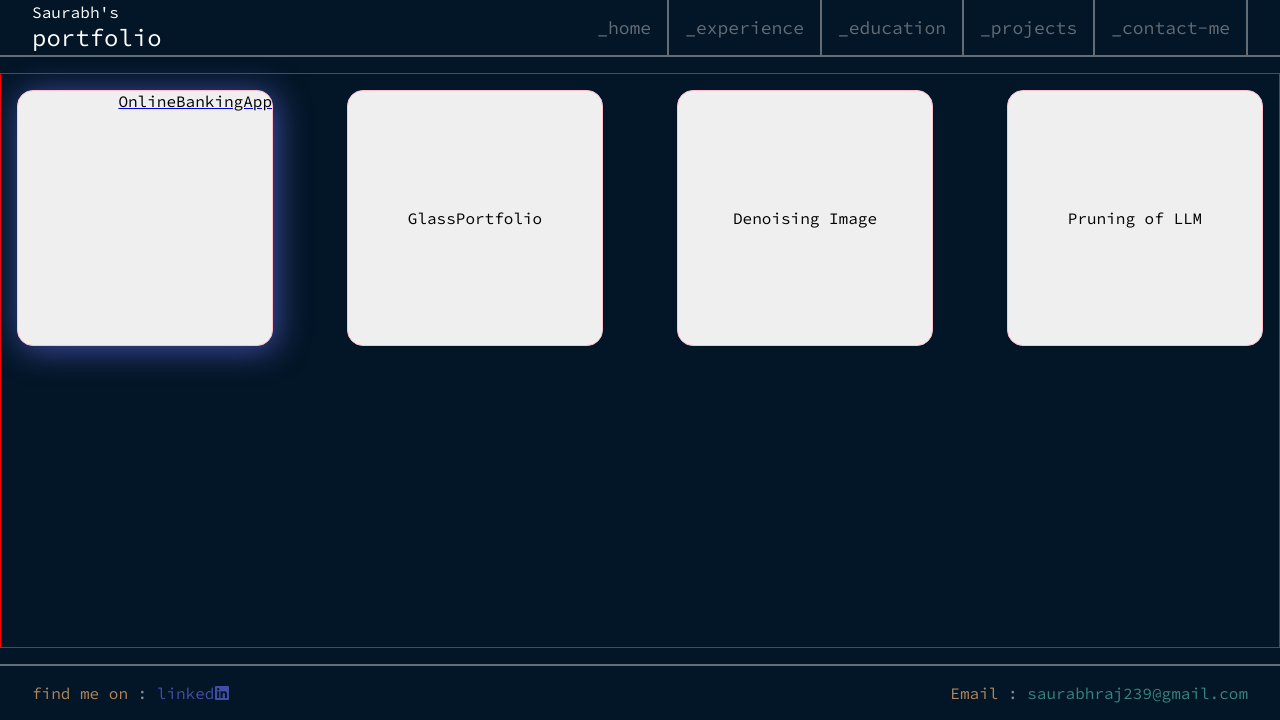
Repository: saurabhraj23/FrontendReactPortfolio
Page: /projects
An editor plug-in stored every save of this project. The page is shown before and after the next save, followed by the edit.
The browser window is 1280 px wide. The pictures show the whole page.
The pointer rests on the first visible `.project-item`.
The project was rebuilt for these pictures with package versions that can differ from the ones it lists, and the page was loaded fresh each time. Also part of the build but not shown: vite.config.js, src/components/Education.jsx, src/components/Experience.jsx, src/components/Contacts.jsx, src/styles/default-page.css, src/components/DefaultPage.jsx.

Above is the page before, as saved 2024-07-23 00:10:57.

### src/App.jsx
import React from "react";
import { BrowserRouter as Router, Route, Routes } from "react-router-dom";
import "./styles/App.css";
import Home from "./components/Home";
import Education from "./components/Education";
import Experience from "./components/Experience";
import Contacts from "./components/Contacts";
import Projects from "./components/Projects";
import Heading from "./components/Heading";
import Footer from "./components/Footer";
import DefaultPage from "./components/DefaultPage";

function App() {
  return (
    <div className="main">
      <Router>
        <Heading />
        <Routes>
          <Route path="/" element={<Home />}>
            <Route path="/" element={<DefaultPage />} />
            <Route path="/education" element={<Education />} />
            <Route path="/experience" element={<Experience />} />
            <Route path="/contacts" element={<Contacts />} />
            <Route path="/projects" element={<Projects />} />
          </Route>
        </Routes>
        <Footer />
      </Router>
    </div>
  );
}

export default App;

### src/styles/App.css
@import "./color.css";
@import "./experience.css";
@import "./education.css";
@import "./project.css";
@import "./header.css";
@import "./contact-me.css";
@import "./footer.css";
@import "./default-page.css";


*{
  margin:0;
  padding: 0;
  box-sizing: border-box;
  font-family: "Source Code Pro";
  font-weight: 400;
}

.main{
  background-color: var(--bg-color);
  color: var(--primary-white);
  height: 100vh;
  width: 100%;
  display: grid;
  grid-template-rows: 1fr 8fr 1fr;
  grid-template-columns: 4fr 3fr;
padding: 0;
}

### src/components/Home.jsx
import React from "react";
import { Outlet } from "react-router-dom";

function Home() {
  return (
    <>
      <Outlet />
    </>
  );
}

export default Home;

### src/components/Projects.jsx
import React from "react";
import "../styles/App.css";
import { Link } from "react-router-dom";

function Projects() {
  return (
    <>
      <div className="projects-left-side"></div>
      <div className="projects-right-side">
        <Link to={"https://github.com/saurabhraj23/OnlineBankingAppKPMG"}>
          <button className="project-item">OnlineBankingApp</button>
        </Link>
        <Link to={"https://github.com/saurabhraj23/Glass-Portfolio"}>
          <button className="project-item">GlassPortfolio</button>
        </Link>
        <Link to={"https://github.com/saurabhraj23/Denoising-Image"}>
          <button className="project-item">Denoising Image</button>
        </Link>
        <Link to={"https://github.com/saurabhraj23/Pruning"}>
          <button className="project-item">Pruning of LLM</button>
        </Link>
      </div>
    </>
  );
}

export default Projects;

### src/components/Heading.jsx
import React from "react";
import Navbar from "./Navbar";
function Heading() {
  return (
    <header className={"heading"}>
      <h2>
        <h6>Saurabh's</h6>
        portfolio
      </h2>
      <Navbar />
    </header>
  );
}

export default Heading;

### src/components/Footer.jsx
import React from "react";
import { Link } from "react-router-dom";
import { FaLinkedin } from "react-icons/fa";

function Footer() {
  return (
    <footer className="footer">
      <div>
        <span>find me on</span> <span>&nbsp;:</span>
        <Link to={"https://www.linkedin.com/in/saurabhraj239/"}>
          <span>
            &nbsp;linked
            <FaLinkedin />
          </span>
        </Link>
      </div>
      <div>
        <span>Email</span> <span> :</span>
        <span> saurabhraj239@gmail.com</span>
      </div>
    </footer>
  );
}

export default Footer;

### src/styles/color.css
@import url('https://fonts.googleapis.com/css2?family=Source+Code+Pro:ital,wght@0,200..900;1,200..900&display=swap');

:root {
--bg-color:#031627;
--primary-white:#fff;
--primary-dark:#d3d0d076;
--secondary-blue:#424ea6;
--tertiary-green:#37857e;
--tertiary-green-dark:#77E4C8;
--tertiary-brown-light:#D4BDAC;
--tertiary-orange:#b0855a;

}

### src/styles/experience.css
@import "./color.css";

.experience-left-side{
  display: none;
}
.experience-right-side{
  margin: 2rem;
  grid-column: 1/3;

}
.experience-right-side > div:first-child{
  display: flex;
  justify-content: space-between;
}
.experience-right-side>div:first-child>span:nth-child(2) span{
display: inline-block;
}
.experience-right-side>div:first-child>span:nth-child(2)>span:nth-child(2){
  animation: present 2s infinite alternate ease-in-out;

}

@keyframes present {
  from{

    opacity: 0;
  }
  to{

    opacity: 1;
  }
}

.experience-right-side>div:first-child>span:first-child{
  font-size: 1.4rem;
  color: var(--secondary-blue);
  font-weight: 600;
  margin-bottom: 3rem;
  text-decoration: underline;
}

.experience-right-side span{
  display: block;
}

.internship-details{
  display: flex;
  flex-direction: column;
}
.internship-details>span:first-child{
  font-size: 1.2rem;
  color: var(--tertiary-green);
  font-weight: 600;
  letter-spacing: 0.2rem;
  margin-bottom:1rem ;


}
.internship-details>span:nth-child(2){
  /* letter-spacing: 0.1rem; */
  color: var(--tertiary-brown-light);

}

.internship-details>span:nth-child(2)>span:first-child{
  font-size: 1.1rem;
  font-weight: 500;
  color: var(--tertiary-orange);

}


.internship-details>span:first-child span{
  display: inline-block;

}

.internship-details>span:nth-child(2)>span:first-child{
  letter-spacing: 0.2rem;
}

.internship-details>span:first-child>span:first-child{
  animation: arrowMove 1.6s infinite alternate ease-in-out;
  }

.fte-details{
  display: flex;
  flex-direction: column;
  margin-top: 2rem;

}
.fte-details>span:first-child{
  font-size: 1.2rem;
  color: var(--tertiary-green);
  font-weight: 600;
  letter-spacing: 0.2rem;
  margin-bottom: 1rem;

}

.fte-details>span:nth-child(2){
  color: var(--tertiary-brown-light);
}

.fte-details>span:nth-child(2)>span:nth-child(1)>span:first-child{
  color: var(--tertiary-orange);
  font-size: 1.1rem;
  font-weight: 500;
  }

.fte-details>span:nth-child(2)>span:nth-child(2)>span:first-child{
  letter-spacing: 0.2rem;
}
.fte-details>span:nth-child(2)>span:nth-child(1)>span:first-child{
  letter-spacing: 0.2rem;
}

.fte-details>span:nth-child(2)>span:nth-child(2){
  margin-top: 1rem;
}
.fte-details>span:nth-child(2)>span:nth-child(2)>span:first-child{
font-size: 1.1rem;
font-weight: 500;
color: var(--tertiary-orange);
}

.fte-details>span:first-child span{
  display: inline-block;
}

.fte-details>span:first-child>span:first-child{
animation: arrowMove 1.6s infinite alternate ease-in-out;
}

@keyframes arrowMove {
  from{
    transform: translateX(-0.6rem);
  }
  to{
    transform: translateX(0);
  }
}

.current-working  span{
  display: inline-block;
  animation: colorChange 2s infinite alternate ease-in-out ;

}

@keyframes colorChange {
  from{
color: var(--tertiary-brown-light);
  }

  to{
    color: var(--primary-white);

  }
}
.current-working{
  display: flex;
  flex-direction: row;
}

### src/styles/education.css
 @import "./color.css";

.education-left-side{
  display: none;
}
.education-right-side{
  margin: 2rem ;
  grid-column: 1/3;

}

.education-right-side{
  display: flex;
  flex-direction: column;
}

.degrees{
  display: flex;
  justify-content: space-between;
  margin-bottom: 2rem;
}

.degrees>span:first-child>h2{
  color: var(--tertiary-orange);
}
.degrees>span:first-child>h4{
  color: var(--tertiary-green);
}
.degrees>span:first-child>h5{
  color: var(--tertiary-brown-light);
  font-weight: 600;
}

.degrees>span:first-child>h3{
  display: flex;
  flex-direction: row;
}

.degrees>span:first-child>h3>span:nth-child(2){
  color: var(--tertiary-green-dark);
  animation: passed 2s infinite alternate ease-in-out;
}

@keyframes passed {
  from{
opacity: 0;
  }
  to{
opacity: 1;
  }
}
.degrees span:first-child {
  display: flex;
  flex-direction: column;
  gap: 0.6rem;
}
.degree-year{
  color: var(--tertiary-orange);
}

### src/styles/project.css
.projects-left-side{
  border: 1px solid red;
  display: none;
}
.projects-right-side{
  border: 1px solid red;
  grid-column: 1/3;
  display: flex;
  justify-content: space-between;
  padding:1rem ;
}

.project-item{
  border: 1px solid pink;
width: 20vw;
height: 20vw;
box-sizing: border-box;
font-size: 1rem;
border-radius:1rem ;

}

.project-item:hover{
cursor: pointer;
box-shadow: 0.2rem 0.2rem 2rem 0 var(--secondary-blue);
display: flex;
justify-content: end;
}

### src/styles/header.css
.heading{
  grid-column: 1/3;
  display: flex;
  justify-content: space-between;
  align-items: center;
  border-bottom: 0.16rem solid var(--primary-dark);
  padding:0 2rem;
  margin-bottom: 1rem;
  }

  nav button{
    padding: 1rem;
    background-color: transparent;
    cursor: pointer;
    font-size: large;
    color: var(--primary-dark);
    border: none;
    border-right: 0.16rem solid var(--primary-dark);
  }

  nav button:hover{
    color: var(--primary-white);
    box-shadow: inset 0 -0.16rem 0 0 var(--tertiary-green);

  }

  .active{
    /* box-shadow: inset 0 -0.16rem 0 0 var(--tertiary-green); */
    color: var(--tertiary-green);
  }

### src/styles/contact-me.css
@import "../styles/color.css";

.contact-me-left-side{
  display: none;
}

.contact-me-right-side{
  grid-column: 1/3;
  display: grid;
  grid-template-columns: 2fr 1.1fr;
padding:  0 2rem;
}

.contact-me-left{
  /* border: 1px solid green; */
  padding: 1rem 2rem;
display: flex;
flex-direction: column;
gap: 0.7rem;

}

.contact-me-right{
  background-color: var(--primary-white);
  border-radius: 3%;
  padding: 1rem 2rem;
  color: var(--tertiary-green);
}

.image{
display: flex;
flex-direction: column;
align-items: center;
justify-content: center;
position: relative;
}

.image>img{
  width: 40%;
  object-fit: contain;
  border-radius: 50%;
  position: relative;
  z-index: 10;
}

.contact-me-left>span:first-child {
  font-size: 2.2rem;
  letter-spacing: 0.4rem;
  font-weight: 500;
}
.contact-me-left>span:first-child span{
  font-size: 2rem;
  letter-spacing: 0.4rem;
  color: var(--tertiary-green-dark);
  font-weight: 500;

}

.contact-me-left span{
  font-size: 1rem;
}
.contact-me-left a{
  text-decoration: none;
}
.contact-me-left a:visited{
color: var(--primary-white);
}

.circle{
  /* border: 1px solid red; */
  width: 44%;
  padding-top: 44%;
  border-radius: 50%;
  position: absolute;
  background-color: var(--tertiary-green);
  /* transform: translateX(-4rem); */
  z-index: 8;
  animation: round 4s infinite alternate ease-in-out;
}

@keyframes round {
  from{
background-color: val(--bg-color);
transform: scale(0);
  }
  50%{
    background-color: val(--secondary-blue);
    transform: scale(0.9);
  }
  to{
    background-color: val(--tertiary-green);
    transform: scale(1);
  }
}

.contact-details>span:first-child{
color: var(--tertiary-green-dark);
}

form{
display: flex;
flex-direction: column;
font-size: larger;
letter-spacing: 0.1rem;


}
.contact-me-form-heading{
text-align: center;
font-size: 2rem;
  width: 100%;

padding: 0.6rem;
border-radius: 0.4rem;
letter-spacing: 0.2rem;
box-shadow: 0 0.12rem 0 0.2rem var(--tertiary-green);

}


.contact-me-form-heading>span{

}

.fields{
  display: flex;
  flex-direction: column;
  margin-top: 1.8rem;

}

.fields>input{
  height: 2rem;
  border: none;
  outline: none;
  border-bottom: 0.16rem solid var(--primary-dark);
  font-size: 1rem;
  box-sizing:border-box;
  padding: 0.6rem;
  letter-spacing: 0.1rem;


}

.fields>input:focus{
border-bottom: 0.2rem solid var(--tertiary-green);

}

form div:nth-of-type(5)>textarea{
/* height: 8rem; */
outline: 0.12rem solid var(--primary-dark);
border-radius: 0.4rem;
padding-left: 1rem;
margin-top: 1rem;
padding: 0;
border: none;
border-bottom: 0.16rem solid var(--primary-dark);
font-size: 1rem;
resize: none;
box-sizing: border-box;
padding:0.6rem ;
}

.fields>textarea:focus{
  /* border-bottom: 0.2rem solid var(--tertiary-green); */
  box-shadow: 0 0.2rem 0 0 var(--tertiary-green)

  }

form> button{
font-size: large;
padding: 0.6rem 0.6rem;
border-radius: 2rem;
border: none;
cursor: pointer;
color: var(--primary-white);
background-color: var(--tertiary-green);
margin-top: 1rem;
}

.radio{
  display: flex;
  flex-direction: row;
  justify-content: space-evenly;
padding-top: 2rem;
}

.radio>span>label{
margin-left: 1rem;
/* font-size: larger; */
}

.radio>span>input{
  scale: 1.2;
  }

### src/styles/footer.css
.footer{
  grid-column: 1/3;
  display: flex;
  flex-direction: row;
  justify-content: space-between;
  align-items: center;
  padding: 0 2rem;
  border-top: 0.16rem solid var(--primary-dark);
margin-top: 1rem;
}

.footer > div:first-child{
  display: flex;
  align-items: center;
  justify-content: center;
}

.footer > div:first-child > span:first-child{
  color: var(--tertiary-orange);
}
.footer > div:first-child > a>span{
  color: var(--secondary-blue);
  display: flex;
  align-items: center;
  justify-content: center;
}

.footer > div:nth-of-type(2) > span:nth-of-type(1){
  color: var(--tertiary-orange);
}
.footer > div:nth-of-type(2) > span:nth-of-type(3){
  color: var(--tertiary-green);
}

.footer>div:first-child >a{
text-decoration: none;
color: var(--secondary-blue);
}

.footer>div:first-child span:nth-child(2){
  animation: blink 2s infinite alternate linear;
}
.footer>div:last-child span:nth-child(2){
  animation: blink 2s infinite alternate linear;
  color: white;
}

@keyframes blink {
  from{
    opacity: 0;
  }
  to{
    opacity: 1;
  }
}

### src/components/Navbar.jsx
import React, { useRef, useState } from "react";
import { Link } from "react-router-dom";

function Navbar() {
  const navBar = [
    { path: "/", label: "_home" },
    { path: "/experience", label: "_experience" },
    { path: "/education", label: "_education" },
    { path: "/projects", label: "_projects" },
    { path: "/contacts", label: "_contact-me" },
  ];

  const [activeIndex, setActiveIndex] = useState(false);

  return (
    <nav>
      {navBar.map((element, idx) => (
        <Link key={idx} to={element.path}>
          <button
            className={activeIndex === idx ? "active" : ""}
            onClick={() => {
              setActiveIndex(idx);
            }}
          >
            {element.label}
          </button>
        </Link>
      ))}
    </nav>
  );
}

export default Navbar;

Loaded but not shown: index.html (common file); src/main.jsx (common file); src/index.css (no stored copy; drawn as an empty file)

After the next save:
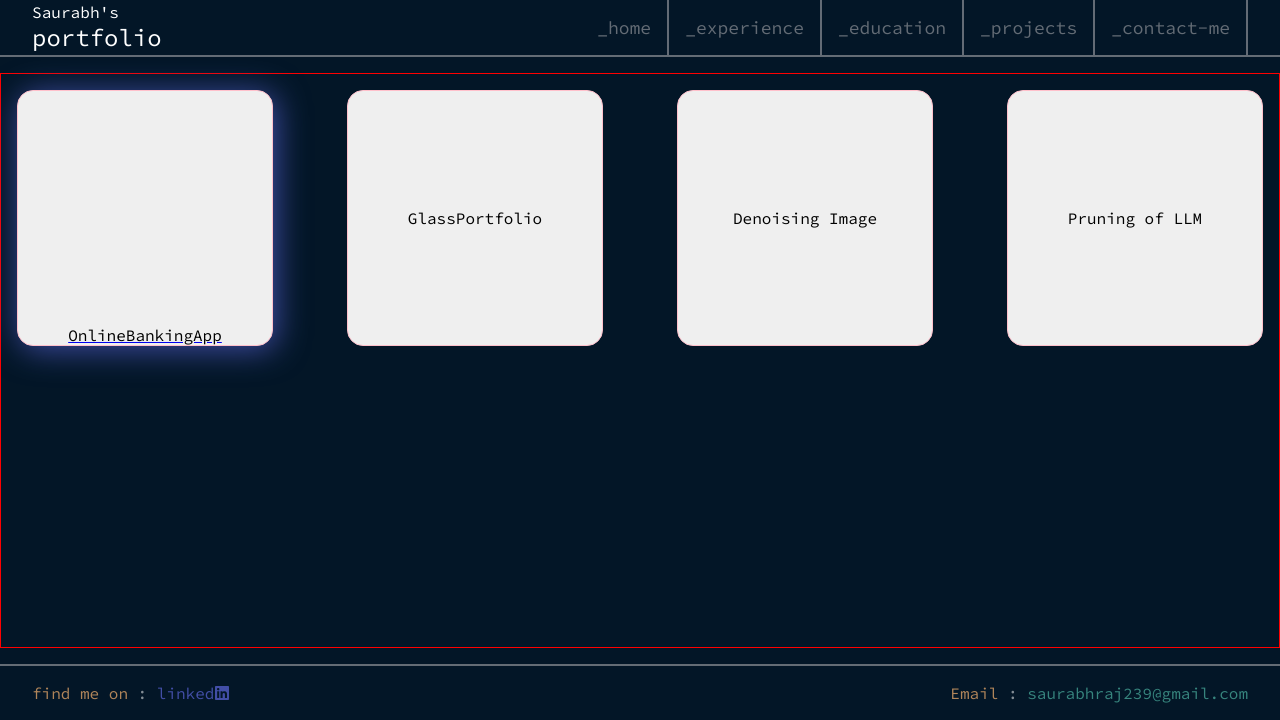
Saved 17 s later.
--- a/src/styles/project.css
+++ b/src/styles/project.css
@@ -24,5 +24,6 @@ border-radius:1rem ;
 cursor: pointer;
 box-shadow: 0.2rem 0.2rem 2rem 0 var(--secondary-blue);
 display: flex;
-justify-content: end;
+justify-content: center;
+align-items: end;
 }
